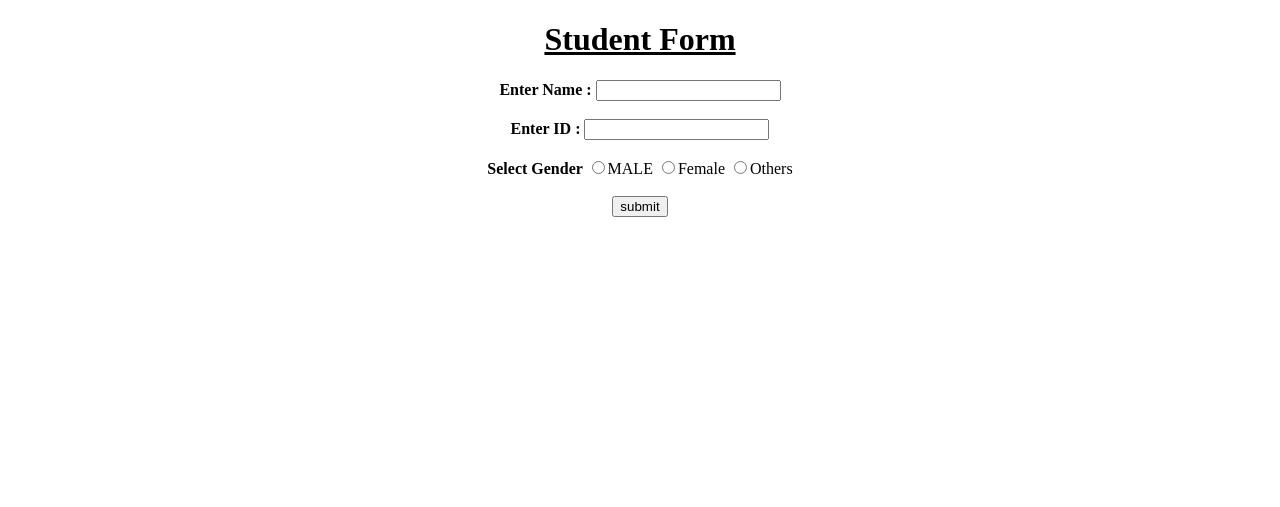
Repository: VIJAYkollu-7568/rakhi
Page: ServletProject/src/main/webapp/form.html
These files come from the project's save history. The page is drawn as it stood at one moment and after the next save; the edit follows.
The browser window is 1280 px wide. The pictures show the whole page.

Above is the page before, as saved 2024-11-06 08:47:48.

### ServletProject/src/main/webapp/form.html
<!DOCTYPE html>
<html>
<head>
<meta charset="UTF-8">
<title>Student Form</title>
</head>
<body>
<form align="center" method="post" action="vijay">
<b><h1 align="center"><u>Student Form</u></h1></b>
<b>Enter Name : </b><input type="text" name="name" required />
<br><br>
<b>Enter ID : </b><input type="number" name="id" required/>
<br><br>
<b> Select Gender </b><input type="radio" name="gender" value="male" required/>MALE
<input type="radio" name="gender" value="female"/>Female
<input type="radio" name="gender" value="others" required/>Others
<br>
<br>
<input type="submit" name="submit" value="submit"required>


</form>
</body>
</html>

After the next save:
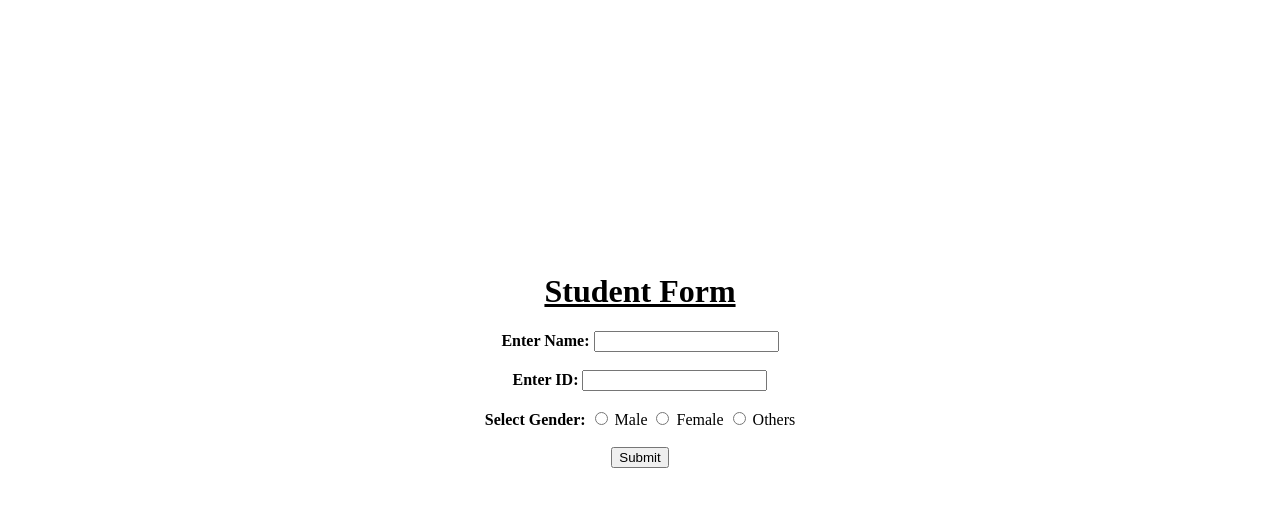
Saved 49 s later.
--- a/ServletProject/src/main/webapp/form.html
+++ b/ServletProject/src/main/webapp/form.html
@@ -1,24 +1,39 @@
 <!DOCTYPE html>
 <html>
 <head>
-<meta charset="UTF-8">
-<title>Student Form</title>
+    <meta charset="UTF-8">
+    <title>Student Form</title>
+    <style>
+        body {
+            display: flex;
+            justify-content: center;
+            align-items: center;
+            height: 100vh;
+            margin: 0;
+        }
+        form {
+            text-align: center;
+        }
+    </style>
 </head>
 <body>
-<form align="center" method="post" action="vijay">
-<b><h1 align="center"><u>Student Form</u></h1></b>
-<b>Enter Name : </b><input type="text" name="name" required />
-<br><br>
-<b>Enter ID : </b><input type="number" name="id" required/>
-<br><br>
-<b> Select Gender </b><input type="radio" name="gender" value="male" required/>MALE
-<input type="radio" name="gender" value="female"/>Female
-<input type="radio" name="gender" value="others" required/>Others
-<br>
-<br>
-<input type="submit" name="submit" value="submit"required>
+    <form method="post" action="vijay">
+        <h1><u>Student Form</u></h1>
+        <label><b>Enter Name:</b></label>
+        <input type="text" name="name" required />
+        <br><br>
 
+        <label><b>Enter ID:</b></label>
+        <input type="number" name="id" required />
+        <br><br>
 
-</form>
+        <b>Select Gender:</b>
+        <input type="radio" name="gender" value="male" required /> Male
+        <input type="radio" name="gender" value="female" /> Female
+        <input type="radio" name="gender" value="others" /> Others
+        <br><br>
+
+        <input type="submit" name="submit" value="Submit">
+    </form>
 </body>
 </html>

After the save that followed:
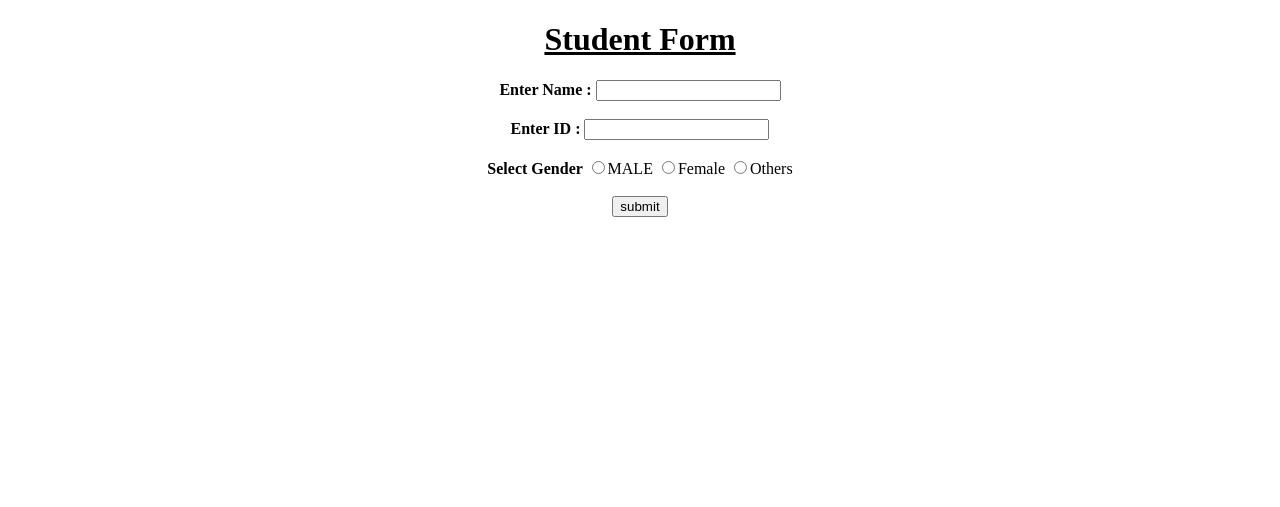
Saved 19 s later.
--- a/ServletProject/src/main/webapp/form.html
+++ b/ServletProject/src/main/webapp/form.html
@@ -1,39 +1,24 @@
 <!DOCTYPE html>
 <html>
 <head>
-    <meta charset="UTF-8">
-    <title>Student Form</title>
-    <style>
-        body {
-            display: flex;
-            justify-content: center;
-            align-items: center;
-            height: 100vh;
-            margin: 0;
-        }
-        form {
-            text-align: center;
-        }
-    </style>
+<meta charset="UTF-8">
+<title>Student Form</title>
 </head>
 <body>
-    <form method="post" action="vijay">
-        <h1><u>Student Form</u></h1>
-        <label><b>Enter Name:</b></label>
-        <input type="text" name="name" required />
-        <br><br>
+<form align="center" method="post" action="vijay">
+<b><h1 align="center"><u>Student Form</u></h1></b>
+<b>Enter Name : </b><input type="text" name="name" required />
+<br><br>
+<b>Enter ID : </b><input type="number" name="id" required/>
+<br><br>
+<b> Select Gender </b><input type="radio" name="gender" value="male" required/>MALE
+<input type="radio" name="gender" value="female"/>Female
+<input type="radio" name="gender" value="others" required/>Others
+<br>
+<br>
+<input type="submit" name="submit" value="submit"required>
 
-        <label><b>Enter ID:</b></label>
-        <input type="number" name="id" required />
-        <br><br>
 
-        <b>Select Gender:</b>
-        <input type="radio" name="gender" value="male" required /> Male
-        <input type="radio" name="gender" value="female" /> Female
-        <input type="radio" name="gender" value="others" /> Others
-        <br><br>
-
-        <input type="submit" name="submit" value="Submit">
-    </form>
+</form>
 </body>
 </html>
